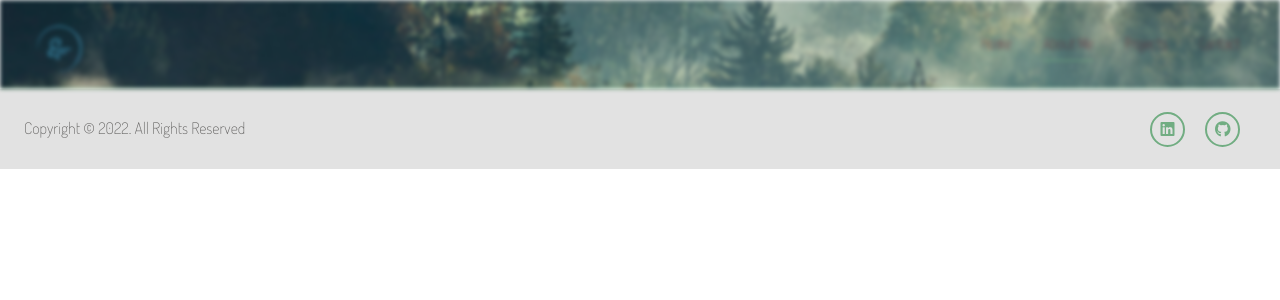
Repository: TrellixVulnTeam/pre-work_928R
Page: deploy/about.html
An editor plug-in stored every save of this project. The page is shown before and after the next save, followed by the edit.
The browser window is 1280 px wide. The pictures show the whole page.
Some web libraries are served in a nearby version. The style sheet was rebuilt from its Sass, Less or Tailwind sources for each picture, by a compiler version that may differ from the author's.

Above is the page before, as saved 2022-04-20 11:59:48.

After the next save:
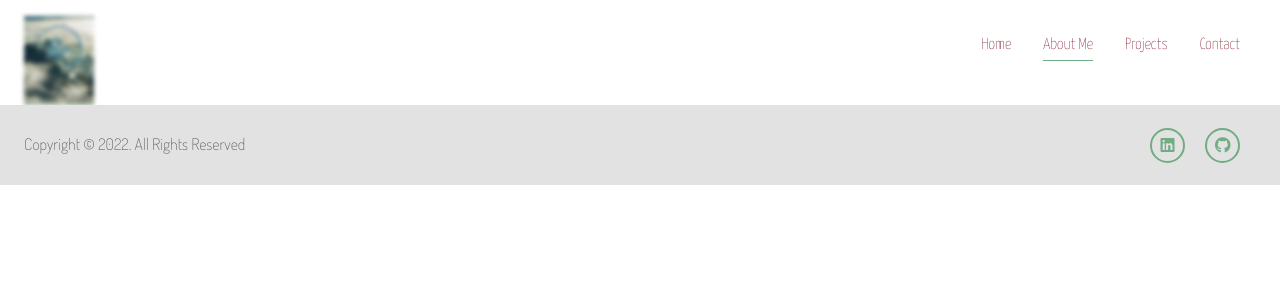
Saved 74 s later.
--- a/deploy/about.html
+++ b/deploy/about.html
@@ -25,7 +25,7 @@
     <header id="header-inner">
       <div class="container">
         <nav id="main-nav">
-          <img src="img/logo_watermark.png" alt="logo image" id="logo" />
+          <div class="blur"><img src="img/logo_watermark.png" alt="logo image" id="logo" /></div>
           <ul>
             <li><a href="index.html">Home</a></li>
             <li><a href="about.html" class="current">About Me</a></li>
--- a/scss/config.scss
+++ b/scss/config.scss
@@ -109,11 +109,13 @@
 
     // Inner Header
     &-inner {
-        background: $bg-image no-repeat 40% 50% / cover;
-        border-bottom: 1px $styleText solid;
-        height: 5.5rem;
-        filter: blur(02px);
-        -webkit-filter: blur(2px);
+        .blur {
+                    background: $bg-image no-repeat 40% 50% / cover;
+                    border-bottom: 1px $styleText solid;
+                    height: 5.5rem;
+                    filter: blur(02px);
+                    -webkit-filter: blur(2px);
+        }
     }
 }
 

After the save that followed:
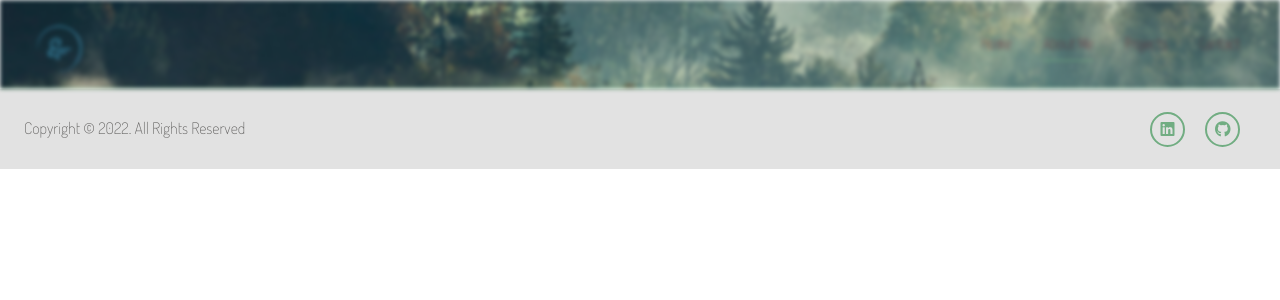
Saved 36 s later.
--- a/deploy/about.html
+++ b/deploy/about.html
@@ -25,7 +25,7 @@
     <header id="header-inner">
       <div class="container">
         <nav id="main-nav">
-          <div class="blur"><img src="img/logo_watermark.png" alt="logo image" id="logo" /></div>
+          <img src="img/logo_watermark.png" alt="logo image" id="logo" />
           <ul>
             <li><a href="index.html">Home</a></li>
             <li><a href="about.html" class="current">About Me</a></li>
--- a/scss/config.scss
+++ b/scss/config.scss
@@ -109,13 +109,11 @@
 
     // Inner Header
     &-inner {
-        .blur {
-                    background: $bg-image no-repeat 40% 50% / cover;
-                    border-bottom: 1px $styleText solid;
-                    height: 5.5rem;
-                    filter: blur(02px);
-                    -webkit-filter: blur(2px);
-        }
+        background: $bg-image no-repeat 40% 50% / cover;
+        border-bottom: 1px $styleText solid;
+        height: 5.5rem;
+        filter: blur(02px);
+        -webkit-filter: blur(2px);
     }
 }
 
